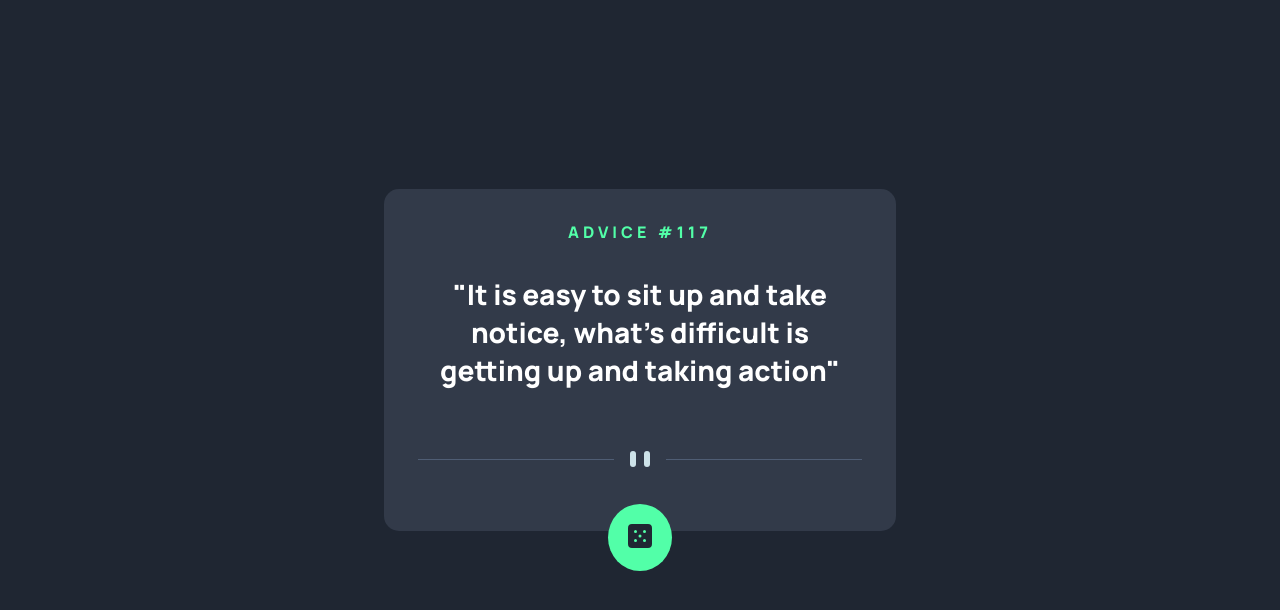
Repository: WindOfCodes/advice-generator-app
Page: index.html
The author's editor kept a copy of each file at every save. The page is drawn from the files as they stood at one save, then again after the next save.
The browser window is 1280 px wide. The pictures show the whole page.

Above is the page before, as saved 2022-11-28 22:16:04.

After the next save:
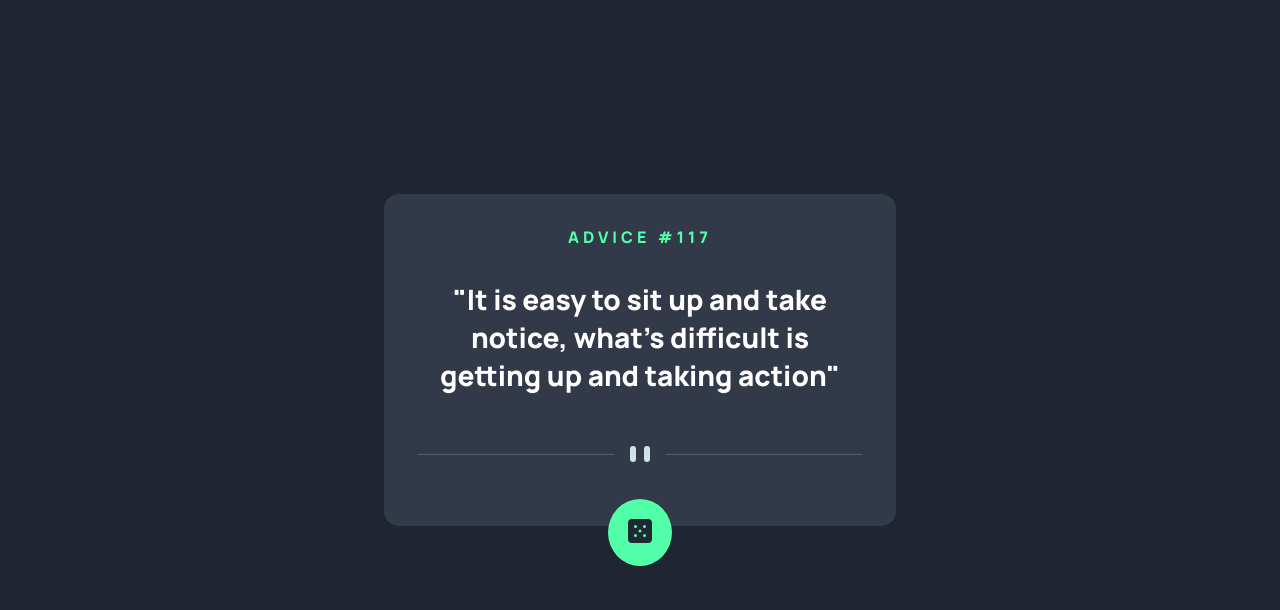
Saved 4 s later.
--- a/styles/main.css
+++ b/styles/main.css
@@ -47,7 +47,7 @@ body {
   color: white;
   max-width: 80%;
   text-align: center;
-  margin-bottom: 30px;
+  margin-bottom: 20px;
 }
 
 .line {
